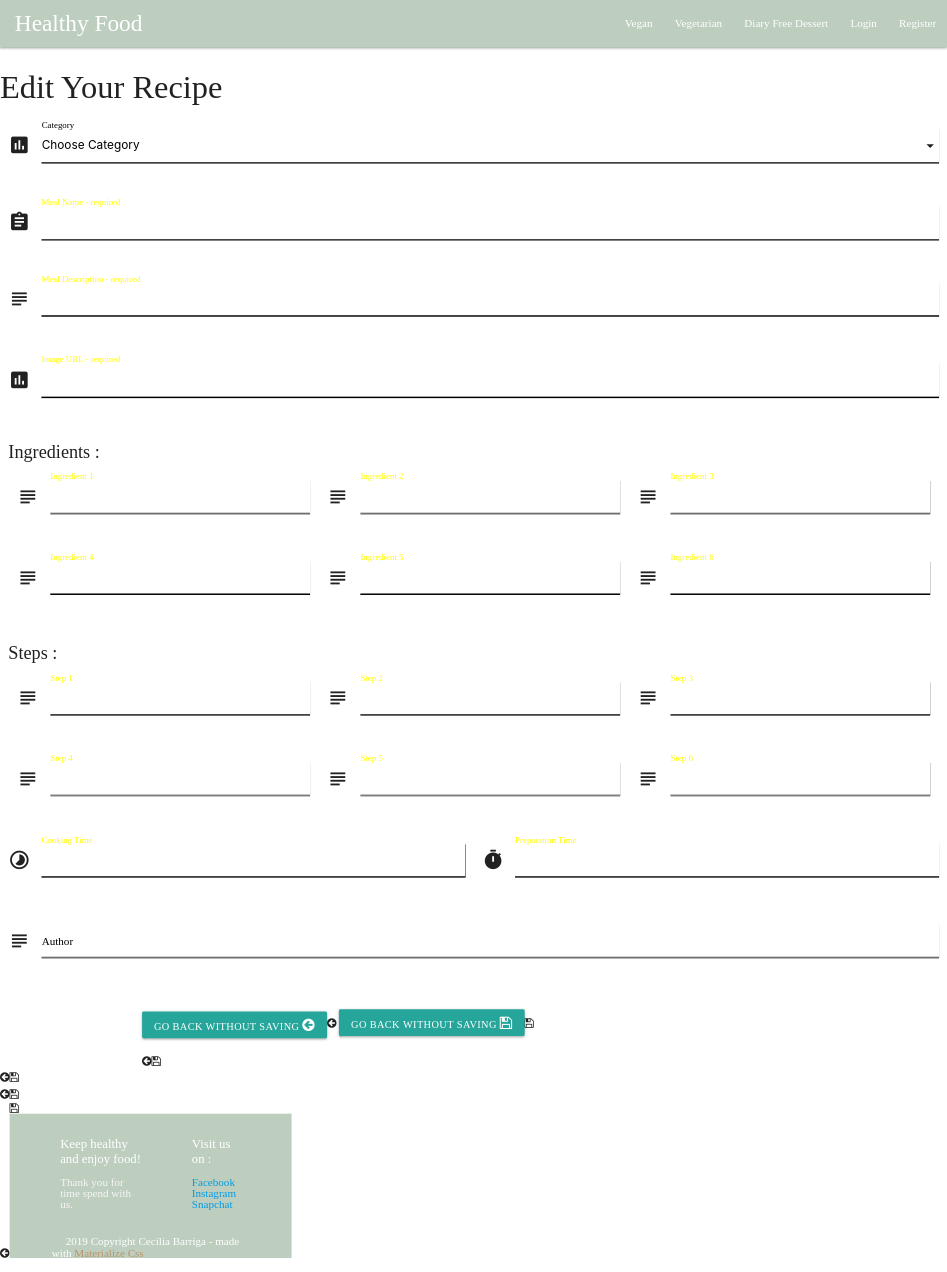
Repository: cesole/cookbook
Page: templates/edit_recipe.html
The author's editor kept a record of every edit. The page is drawn from the files as they stood at one moment, then again after the next edit.
The browser window is 1280 px wide. The pictures show the whole page, at 74% of full size.
Some web fonts or font styles are not loaded; a fallback is used. The page is served by the project's application, run on Flask 3 (app.py). The template is opened directly, without the code that normally fills it, so the values that code supplies are empty.

Above is the page before.

### templates/edit_recipe.html
{% extends 'base.html'%} {% block content %}
<h3>Edit Your Recipe</h3>
<div class="row">

    <div class="row">
        <div class="input-field col s12">
            <i class="material-icons prefix">poll</i>
            <select id="category" name="category_name">
                  <option value="" disabled selected>Choose Category</option>
                  {% for meal in meals %}
                      <option value="{{meal.category_name}}" selected >{{meal.category_name}}</option>
                      {% else %}
                       <option value="{{meal.category_name}}">{{meal.category_name}}</option>

                  {% endfor %}
                </select>
            <label>Category</label>
        </div>
    </div>
    <div class="row">
        <div class="input-field col s12">
            <i class="material-icons prefix">assignment</i>
            <input placeholder="" id="dish_name" name="dish_name" type="text" class="validate" data-length="20" value="{{meal.dish_name}}" required>
            <label for="icon_prefix">Meal Name - required</label>
        </div>
    </div>
    <div class="row">
        <div class="input-field col s12">
            <i class="material-icons prefix">subject</i>
            <textarea placeholder="" name="dish_description" id="dish_description" class="materialize-textarea" required>{{meal.dish_description}}</textarea>
            <label for="icon_telephone">Meal Description - required</label>
        </div>
    </div>
    <div class="row">
        <div class="input-field col s12">
            <i class="material-icons prefix">poll</i>
            <input placeholder="" id="image" name="image" value="{{meal.image}}" type="text" class="validate" data-length="100" required>
            <label for="icon_prefix">Image URL - required</label> {% for image in images %}
            <img src="{{meal.image}}" alt="meal image"> {% endfor %}
        </div>
    </div>
    <div class="row col s12 m12">
        <h5>Ingredients :</h5>
        <div class="input-field col s12 m4">
            <i class="material-icons prefix">subject</i>
            <textarea placeholder="" name="ingredient_one" id="ingredient_one" class="materialize-textarea">{{meal.ingredient_one}}</textarea>
            <label for="icon_telephone">Ingredient 1</label>
        </div>
        <div class="input-field col s12 m4">
            <i class="material-icons prefix">subject</i>
            <textarea placeholder="" name="ingredient_two" id="ingredient_two" class="materialize-textarea">{{meal.ingredient_two}}</textarea>
            <label for="icon_telephone">Ingredient 2</label>
        </div>
        <div class="input-field col s12 m4">
            <i class="material-icons prefix">subject</i>
            <textarea placeholder="" name="ingredient_three" id="ingredient_three" class="materialize-textarea">{{meal.ingredient_three}}</textarea>
            <label for="icon_telephone">Ingredient 3</label>
        </div>
    </div>
    <div class="row col s12 m12">
        <div class="input-field col s12 m4">
            <i class="material-icons prefix">subject</i>
            <textarea placeholder="" name="ingredient_four" id="ingredient_four" class="materialize-textarea">{{meal.ingredient_four}}</textarea>
            <label for="icon_telephone">Ingredient 4</label>
        </div>
        <div class="input-field col s12 m4">
            <i class="material-icons prefix">subject</i>
            <textarea placeholder="" name="ingredient_five" id="ingredient_five" class="materialize-textarea">{{meal.ingredient_five}}</textarea>
            <label for="icon_telephone">Ingredient 5</label>
        </div>
        <div class="input-field col s12 m4">
            <i class="material-icons prefix">subject</i>
            <textarea placeholder="" name="ingredient_six" id="ingredient_six" class="materialize-textarea">{{meal.ingredient_six}}</textarea>
            <label for="icon_telephone">Ingredient 6</label>
        </div>
    </div>
    <div class="row col s12 m12">
        <h5>Steps :</h5>
        <div class="input-field col s12 m4">
            <i class="material-icons prefix">subject</i>
            <textarea placeholder="" name="step_one" id="step_one" class="materialize-textarea">{{meal.step_one}}</textarea>
            <label for="icon_telephone">Step 1</label>
        </div>
        <div class="input-field col s12 m4">
            <i class="material-icons prefix">subject</i>
            <textarea placeholder="" name="step_two" id="step_two" class="materialize-textarea">{{meal.step_two}}</textarea>
            <label for="icon_telephone">Step 2</label>
        </div>
        <div class="input-field col s12 m4">
            <i class="material-icons prefix">subject</i>
            <textarea placeholder="" name="step_three" id="step_three" class="materialize-textarea">{{meal.step_three}}</textarea>
            <label for="icon_telephone">Step 3</label>
        </div>
    </div>
    <div class="row col s12 m12">
        <div class="input-field col s12 m4">
            <i class="material-icons prefix">subject</i>
            <textarea placeholder="" name="step_four" id="step_four" class="materialize-textarea">{{meal.step_four}}</textarea>
            <label for="icon_telephone">Step 4</label>
        </div>
        <div class="input-field col s12 m4">
            <i class="material-icons prefix">subject</i>
            <textarea placeholder="" name="step_five" id="step_five" class="materialize-textarea">{{meal.step_five}}</textarea>
            <label for="icon_telephone">Step 5</label>
        </div>
        <div class="input-field col s12 m4">
            <i class="material-icons prefix">subject</i>
            <textarea placeholder="" name="step_six" id="step_six" class="materialize-textarea">{{meal.step_six}}</textarea>
            <label for="icon_telephone">Step 6</label>
        </div>
    </div>
    <div class="row">
        <div class="input-field col s12 m6">
            <i class="material-icons prefix">timelapse</i>
            <textarea placeholder="" name="cook_time" id="cook_time" class="materialize-textarea">{{meal.cook_time}}</textarea>
            <label for="icon_telephone">Cooking Time</label>
        </div>
        <div class="input-field col s12 m6">
            <i class="material-icons prefix">timer</i>
            <textarea placeholder="" name="prep_time" id="prep_time" class="materialize-textarea">{{meal.prep_time}}</textarea>
            <label for="icon_telephone">Preparation Time</label>
        </div>
    </div>
    <div class="row">
        <div class="input-field col s12">
            <i class="material-icons prefix">subject</i>
            <textarea name="author" id="author" class="materialize-textarea">{{ meal.author }}</textarea>
            <label for="icon_telephone">Author</label>
        </div>
    </div>
</div>
<div class="container">
    <div class="row">
        <a class="btn waves-effect waves-light" name="action" href="/get_my_recipes">Go Back without Saving <i class="fa fa-arrow-circle-left"></a>
        <a class="btn waves-effect waves-light" name="action" href="{{url_for('update_recipe', meal_id=meal._id)}}">Go Back without Saving <i class="fa fa-save"></a>

    </div>

</div>

{% endblock %}

### templates/base.html
<!DOCTYPE html>
<html lang="en">

<head>
    <meta charset="UTF-8">
    <meta name="viewport" content="width=device-width, initial-scale=1.0">

    <link href="https://fonts.googleapis.com/icon?family=Material+Icons" rel="stylesheet">
    <!-- Compiled and minified CSS -->
    <link rel="stylesheet" href="{{ url_for('static', filename='css/materialize.min.css') }}" type="text/css" />
    <link href="https://stackpath.bootstrapcdn.com/font-awesome/4.7.0/css/font-awesome.min.css" rel="stylesheet" integrity="sha384-wvfXpqpZZVQGK6TAh5PVlGOfQNHSoD2xbE+QkPxCAFlNEevoEH3Sl0sibVcOQVnN" crossorigin="anonymous">
    <link href="https://fonts.googleapis.com/css?family=Livvic|Londrina+Outline&display=swap" rel="stylesheet">
    <link rel="stylesheet" href="{{ url_for('static', filename='css/style.css') }}" type="text/css" />


    <title>Cookbook</title>
</head>

<body class="container-fluid">
    <nav>
        <div class="nav-wrapper">
            <a href="{{url_for('index')}}" class="brand-logo">Healthy Food</a>
            <a href="#" data-target="mobile-demo" class="sidenav-trigger"><i class="material-icons">menu</i></a>
            <ul class="right hide-on-med-and-down">
                {% if session.username %}
                <li>Hello, {{ session.username }}!</li>
                {% endif %}
                <li><a href="{{url_for('vegan')}}">Vegan</a></li>
                <li><a href="{{url_for('vegetarian')}}">Vegetarian</a></li>
                <li><a href="{{url_for('dessert')}}">Diary Free Dessert</a></li>
                {% if not session.username %}
                <li><a href="{{url_for('login')}}">Login</a></li>
                <li><a href="{{url_for('register')}}">Register</a></li>
                {% else %}
                <li><a href="{{url_for('get_my_recipes')}}">My Recipes</a></li>
                <li><a href="{{url_for('logout')}}">Logout</a></li>
                {% endif %}
            </ul>
        </div>
        <ul class="sidenav" id="mobile-demo">
            {% if session.username %}
            <li>Hello, {{ session.username }}!</li>
            {% endif %}
            <li><a href="{{url_for('vegan')}}">Vegan</a></li>
            <li><a href="{{url_for('vegetarian')}}">Vegetarian</a></li>
            <li><a href="{{url_for('dessert')}}">Diary Free Dessert</a></li>
            {% if not session.username %}
            <li><a href="{{url_for('login')}}">Login</a></li>
            <li><a href="{{url_for('register')}}">Register</a></li>
            {% else %}
            <li><a href="{{url_for('get_my_recipes')}}">My Recipes</a></li>
            <li><a href="{{url_for('logout')}}">Logout</a></li>
            {% endif %}
        </ul>
    </nav>

    <div class="container-fluid">
        <main>{% block content %}{% endblock %}</main>
    </div>

    <footer class="page-footer">
        <div class="container">
            <div class="row">
                <div class="col l6 s12">
                    <h6 class="white-text">Keep healthy and enjoy food!</h6>
                    <p class="grey-text text-lighten-4">Thank you for time spend with us.</p>
                </div>
                <div class="col l4 offset-l2 s12">
                    <h6 class="white-text">Visit us on :</h6>
                    <ul>
                        <li><i class="fa fa-facebook-square"></i><a class="social-media" href="https://www.facebook.com/" target="_blank">Facebook</a></li>
                        <li><i class="fa fa-instagram"></i><a class="social-media" href="https://www.instagram.com/" target="_blank">Instagram</a></li>
                        <li><i class="fa fa-snapchat-square"></i><a class="social-media" href="https://www.snapchat.com/" target="_blank">Snapchat</a></li>
                    </ul>
                </div>
            </div>
            <div class="copyright">
                <div class="row">
                    © 2019 Copyright Cecilia Barriga - made with <a class="orange-text text-lighten-3" href="https://materializecss.com/" target="_blank">Materialize Css</a>
                </div>
            </div>
        </div>
    </footer>


    <script src="https://code.jquery.com/jquery-3.3.1.slim.min.js" integrity="sha384-q8i/X+965DzO0rT7abK41JStQIAqVgRVzpbzo5smXKp4YfRvH+8abtTE1Pi6jizo" crossorigin="anonymous"></script>
    <!-- Compiled and minified JavaScript -->
    <script src="https://cdnjs.cloudflare.com/ajax/libs/materialize/1.0.0/js/materialize.min.js"></script>

    <script>
        $(document).ready(function() {
            $('.sidenav').sidenav();
            $('.parallax').parallax();
            $('.carousel').carousel();
            $('.slider').slider();
            $('select').formSelect();
        });
    </script>

</body>

</html>

### app.py
import os
from flask import Flask, render_template, flash, redirect, request, url_for, session, make_response, current_app
from flask_pymongo import PyMongo
import pymongo
from pymongo import MongoClient
from bson.objectid import ObjectId
import json
from datetime import datetime
from functools import update_wrapper


app = Flask(__name__)
app.config["MONGO_DBNAME"] = 'cook_book'
app.config["MONGO_URI"] = os.getenv('MONGO_URI', 'mongodb://localhost')
app.config['SECRET_KEY'] = "cooking_book"


mongo = PyMongo(app)




@app.route('/')
@app.route('/index')
def index():
    return render_template('index.html')

@app.route('/vegan')
def vegan():
    return render_template('vegan.html',
                            meals=mongo.db.meals.find())

@app.route('/vegetarian')
def vegetarian():
    return render_template('vegetarian.html',
                            meals=mongo.db.meals.find())

@app.route('/dessert')
def dessert():
    return render_template('dessert.html',
                            meals=mongo.db.meals.find())

@app.route('/login', methods=["POST", "GET"])
def login():
    users = mongo.db.users
    login_user = users.find_one({"username" : request.form.get("username", False)})
    if login_user:
        if (request.form['pass']) == login_user['password']:
            session['username'] = request.form['username']
            return redirect(url_for('index'))
        flash('Invalid username/password combination')

    return render_template('login.html')




@app.route('/register', methods=["POST", "GET"])
def register():
    if request.method == "POST":
        users = mongo.db.users
        existing_user = users.find_one({"username" : request.form['username']})
        if existing_user is None:
            users.insert({'username' : request.form['username'],
                            'password' : request.form['pass']
            })
            session['username'] = request.form['username']
            return redirect(url_for('index'))
        flash("Username already exist! Try again!")
    return render_template('register.html')


@app.route('/get_my_recipes', methods=['GET', 'POST'])
def get_my_recipes():
    if not 'username' in session:
        return redirect('/login')
    else:
        meals = mongo.db.meals.find()
        return render_template('user_recipes.html',
                           user=session['username'],
                        meals=meals)

@app.route('/add_recipe')
def add_recipe():
    return render_template('add_recipe.html',
                            categories=mongo.db.categories.find(),
                            meals=mongo.db.meals.find())


@app.route('/insert_recipe', methods=['POST'])
def insert_recipe():
    meals =  mongo.db.meals
    meals.insert_one(request.form.to_dict())
    return render_template('user_recipes.html',
    categories=mongo.db.categories.find(),
                            meals=mongo.db.meals.find())


@app.route('/delete_recipe/<meal_id>')
def delete_recipe(meal_id):
    mongo.db.meals.remove({'_id': ObjectId(meal_id)})
    return redirect(url_for('get_my_recipes'))


@app.route('/edit_recipe/<meal_id>')
def edit_recipe(meal_id):
    the_meal =  mongo.db.meal.find_one({"_id": ObjectId(meal_id)})
    all_categories =  mongo.db.categories.find()
    return render_template('edit_recipe.html', meal=the_meal,
                           categories=all_categories)


@app.route('/update_recipe/<meal_id>', methods=["POST"])
def update_recipe(meal_id):
    meals = mongo.db.meals
    meals.update( {'_id': ObjectId(meal_id)},
    {
        'dish_name':request.form.get('dish_name'),
        'category_name':request.form.get('category_name'),
        'dish_description': request.form.get('dish_description'),
        'ingredient_one': request.form.get('ingredient_one'),
        'ingredient_two': request.form.get('ingredient_two'),
        'ingredient_three': request.form.get('ingredient_three'),
        'ingredient_four': request.form.get('ingredient_four'),
        'ingredient_five': request.form.get('ingredient_five'),
        'ingredient_six': request.form.get('ingredient_six'),
        'step_one': request.form.get('step_one'),
        'step_two': request.form.get('step_two'),
        'step_three': request.form.get('step_three'),
        'step_four': request.form.get('step_four'),
        'step_five': request.form.get('step_five'),
        'step_six': request.form.get('step_six'),
        'image': request.form.get('image'),
        'cook_time': request.form.get('cook_time'),
        'prep_time': request.form.get('prep_time'),
        'author': request.form.get('author')
    })
    return redirect(url_for('get_my_recipes'))



@app.route('/logout')
def logout():
    session.clear()
    return redirect(url_for('index'))

@app.route('/recipe/<meal_id>', methods=['GET', 'POST'])
def recipe(meal_id):
    the_meal =  mongo.db.meals.find_one({"_id": ObjectId(meal_id)})
    return render_template('recipe.html', meal=the_meal)


if __name__ == '__main__':
    app.run(host=os.environ.get('IP'),
            port=int(os.environ.get('PORT')),
            debug=True)

### static/css/style.css
.parallax {
    background-image: url('static/images/background.jpg');
}

nav .nav-wrapper {
    position: relative;
    height: 100%;
    background-color: #bdcebe !important;
    color: white;
}

.index-container {
    margin-left: 30px;
    color: #d6cbd3;
}

.brand-logo {
    font-family: 'Indie Flower', cursive;
    margin-left: 20px;
}

html {
    font-family: 'Indie Flower', cursive;
}

.description {
    font-size: 1.5rem;
}

main {
    min-height: 50vh;
}

form {
    margin-top: 50px;
}

.meals {
    padding-top: 50px;
}

span.card-title {
    background-color: #d68d057a;
    width: 100%;
    padding: 10px !important;
}

.card-content {
    height: 100px;
}

/* Caption styles */

.caption {
    background-color: rgba(0, 0, 0, 0.1);
}

/* parallax styles */
.grey-text.text-darken-3 {
    color: white !important;
    text-align: center;
}

.white {
    background-color: #bdcebe !important;
    color: white;
    text-align: center;
}

/* end of style */

/* carousel style */

.carousel {
    height: 250px;
}

/* end of styles */

.input-field label {
    color: black;
}

.input-field input[type=text],
.input-field input[type=password],
.input-field input[type=email]{
    border-bottom: 1px solid black;
    box-shadow: 0 1px 0 0 black;
}

.switch label {
    color: black;
}

textarea.materialize-textarea {
    border-bottom: 1px solid black;
    box-shadow: 0 1px 0 0 black;
}

label.active {
    color: yellow !important;
}


.page-footer {
    padding-top: 20px;
    color: #fff;
    background-color: #bdcebe !important;
}

img.responsive-img {
    max-width: 70%;
    height: auto;
}


.title-image {
    background-image: url('static/images/background.jpg');
}

.flashes {
    text-align: center;
    font-size: 2rem;
}


.orange-text.text-lighten-3 {
    color: #b9936c !important;
}


.fa-instagram:before {
    display: none !important;
}

.fa-facebook-square:before{
    display: none !important;
}

.fa-snapchat-square:before {
    display: none !important;
}

/* MEDIA STYLE */

@media (max-width: 768px) {
    nav .brand-logo {
        font-size: 1rem;
    }
}

Loaded but not shown: static/css/materialize.min.css (library)

After the next edit:
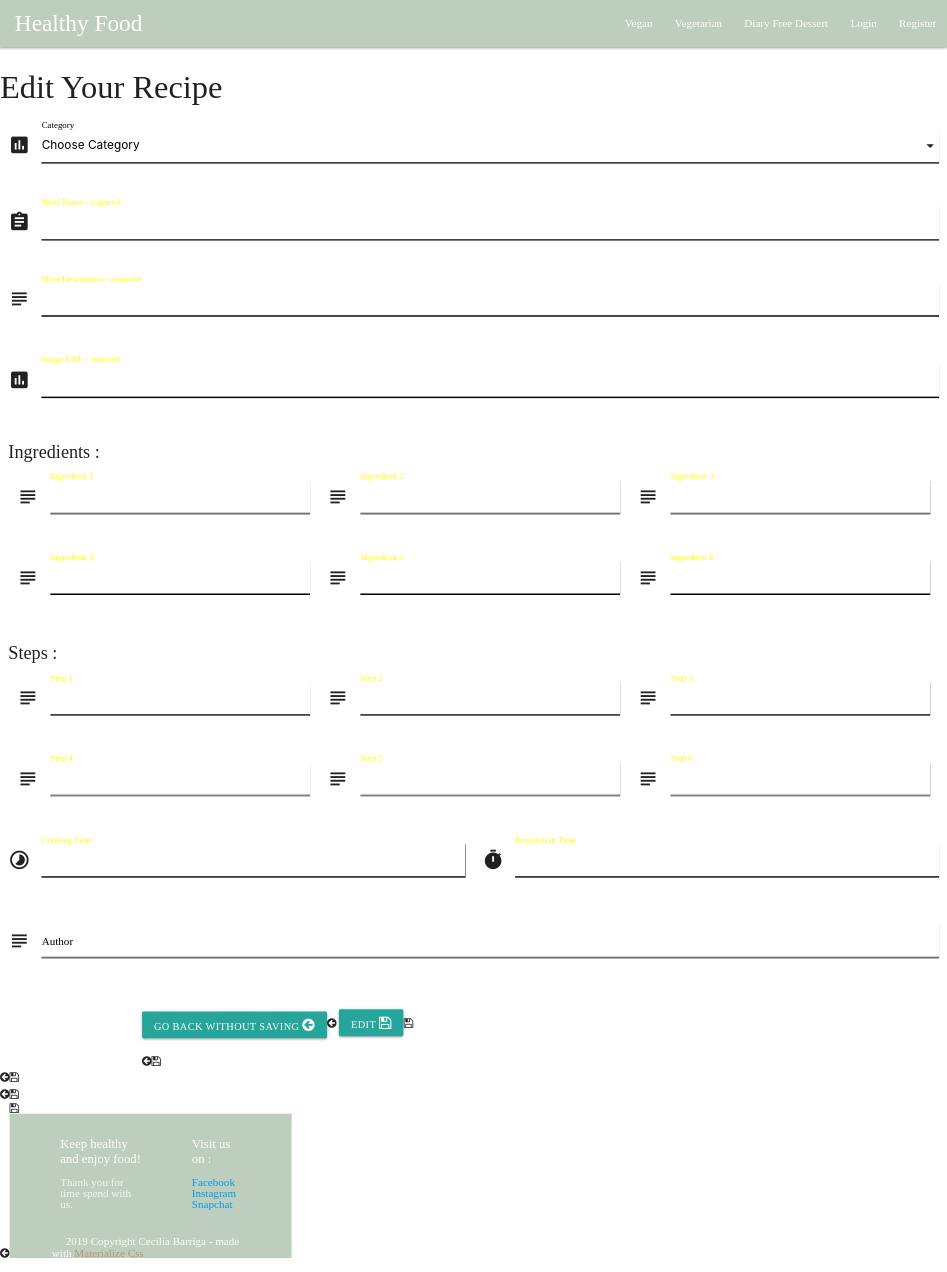
The edit:
--- a/templates/edit_recipe.html
+++ b/templates/edit_recipe.html
@@ -132,7 +132,7 @@
 <div class="container">
     <div class="row">
         <a class="btn waves-effect waves-light" name="action" href="/get_my_recipes">Go Back without Saving <i class="fa fa-arrow-circle-left"></a>
-        <a class="btn waves-effect waves-light" name="action" href="{{url_for('update_recipe', meal_id=meal._id)}}">Go Back without Saving <i class="fa fa-save"></a>
+        <a class="btn waves-effect waves-light" name="action" href="{{url_for('update_recipe', meal_id=meal._id)}}">Edit <i class="fa fa-save"></a>
 
     </div>
 
